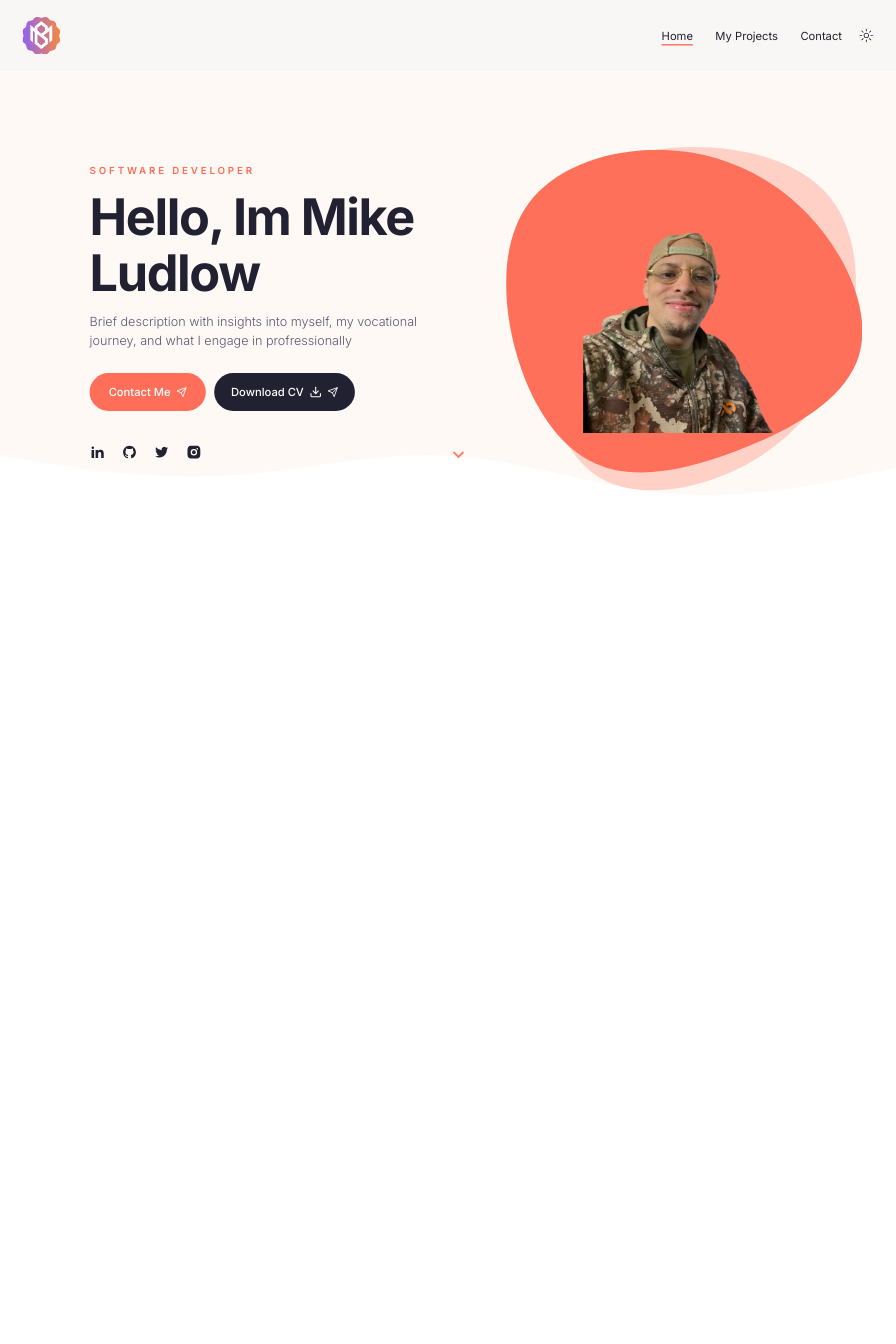
Repository: MikeeBuilds/mike-port
Page: /
An editor plug-in stored every save of this project. The page is shown before and after the next save, followed by the edit.
The browser window is 1280 px wide. The pictures show the part of the page from y = 0 to 1920 px (the page is 4731 px tall), at 70% of full size.
The project was rebuilt for these pictures with package versions that can differ from the ones it lists, and the page was loaded fresh each time. The framework's server and built-in components were replaced by stand-ins that run in the browser. Also part of the build but not shown: next.config.js, components/Badge.jsx.

Above is the page before, as saved 2023-11-30 11:23:07.

### app/layout.jsx
import { Inter } from 'next/font/google'
import './globals.css'
import Header from '@/components/Header'
import Footer from '@/components/Footer'
import { ThemeProvider } from '@/components/ThemeProvider'

const inter = Inter({ subsets: ['latin'] })

export const metadata = {
  title: 'Mike Ludlow | Dev',
  description: 'Generated by create next app',
}

export default function RootLayout({ children }) {
  return (
    <html lang="en" suppressHydrationWarning>
      <body className={inter.className}
      >
        <ThemeProvider attribute="class" defaultTheme="light">
          <Header />
            {children}
          <Footer />
        </ThemeProvider>
      </body>
    </html>
  )
}

### app/template.js
"use client";

import { motion } from "framer-motion";
// hooks
import useScrollProgress from "@/hooks/useScrollProgress";

//variants
const variants = {
  hidden: { opacity: 0 },
  enter: { opacity: 1 },
};

const Template = ({ children }) => {
  const completion = useScrollProgress();
  return (
    <>
      <motion.main
        variants={variants}
        initial="hidden"
        animate="enter"
        transition={{ type: "linear", delay: 0.2, duration: 0.4 }}
      >
        {children}
      </motion.main>
      {/* completion bar */}
      <span
        style={{ transform: `translateY(${completion - 100}%)` }}
        className="fixed z-50 bg-primary w-1 top-0 right-0
      bottom-0 transition-all duration-700"
      ></span>
      <div className="h-[4000px]"></div>
    </>
  );
};

export default Template;

### app/page.jsx
import Hero from '@/components/Hero'
import { main } from 'json'
import Image from 'next/image'

export default function Home() {
  return (
    <main>
      <Hero/>
    </main>
  )
}

### app/globals.css
@tailwind base;
@tailwind components;
@tailwind utilities;

@layer base {
  @layer base {
    :root {
      --background: 0 0% 100%;
      --foreground: 240 19% 16%;
      --card: 0 0% 100%;
      --card-foreground: 240 19% 16%;
      --popover: 0 0% 100%;
      --popover-foreground: 20 14.3% 4.1%;
      --primary: 8 99% 67%;
      --primary-foreground: 300 0% 100%;
      --secondary: 240 19% 16%;
      --secondary-foreground: 300 0% 100%;
      --tertiary: 27 82% 98%;
      --muted: 60 4.8% 95.9%;
      --muted-foreground: 237 13% 40%;
      --accent: 237 9% 96%;
      --accent-foreground: 24 9.8% 10%;
      --destructive: 0 84.2% 60.2%;
      --destructive-foreground: 60 9.1% 97.8%;
      --border: 8 82% 92%;
      --input: 8 82% 92%;
      --ring: 9 99% 67%;
      --radius: 1rem;
    }

    .dark {
      --background: 237 22% 20%;
      --foreground: 60 9.1% 97.8%;
      --card: 240 19% 16%;
      --card-foreground: 300 0% 100%;
      --popover: 20 14.3% 4.1%;
      --popover-foreground: 60 9.1% 97.8%;
      --primary: 8 99% 67%;
      --primary-foreground: 300 0% 100%;
      --secondary: 240 19% 16%;
      --secondary-foreground:300 0% 100%;
      --tertiary: 237 22% 20%;
      --muted: 12 6.5% 15.1%;
      --muted-foreground: 237 13% 63%;
      --accent: 240 19% 16%;
      --accent-foreground: 300 0% 100%;
      --destructive: 0 72.2% 50.6%;
      --destructive-foreground: 60 9.1% 97.8%;
      --border: 237 22% 23%;
      --input: 237 22% 23%;
      --ring: 8 99% 67%;
    }
  }
}

@layer base {
  * {
    @apply border-border;
  }
  body {
    @apply bg-background text-foreground;
  }
}

.h1 {
  @apply text-6xl xl:text-[72px] xl:leading-[80px] tracking-[-2px] font-bold;
}

.subtitle {
  @apply text-muted-foreground text-lg mb-8 font-light;
}

### components/Header.jsx
"use client";
import React, { useState, useEffect } from "react";

// components
import Logo from "./Logo";
import ThemeToggler from "./ThemeToggler";
import Nav from "./Nav";
import MobileNav from "./MobileNav";
import { usePathname } from "next/navigation";

const Header = () => {
  const [header, setHeader] = useState(false);
  const pathname = usePathname();

  useEffect(() => {
    const scrollYpos = window.addEventListener("scroll", () => {
      window.scrollY > 50 ? setHeader(true) : setHeader(false);
    });

    // remove event
    return () => window.removeEventListener("scroll", scrollYpos);
  });

  return (
    <header
      className={`${
        header
          ? "py-4 bg-white shadow-lg dark:bg-accent"
          : "py-6 dark:bg-transparent"
      } sticky top-0 z-30 transition-all ${pathname === '/' && 'bg-[#f9f7f5]'}`}
    >
      <div className="container mx-auto">
        <div className="flex justify-between items-center">
          <Logo />
          <div className="flex items-center gap-x-6">
            {/* nav */}
            <Nav
              containerStyles="hidden xl:flex gap-x-8 items-center"
              linkStyles="relative hover:text-primary transition-all"
              underlineStyles="absolute left-0 top-full h-[2px] bg-primary w-full"
            />
            <ThemeToggler />
            {/* mobile nav */}
            <div className="lg:hidden">
              <MobileNav />
            </div>
          </div>
        </div>
      </div>
    </header>
  );
};

export default Header;

### components/Footer.jsx

const Footer = () => {
  return (
    <footer>Footer</footer>
  )
}

export default Footer

### components/ThemeProvider.jsx
"use client"


import {
    ThemeProvider as NextThemesProvider
} from "next-themes";



export function ThemeProvider({ children, ...props}) {
    return <NextThemesProvider {...props}>{children}</NextThemesProvider>
}

### hooks/useScrollProgress.js
import React, { useState, useEffect} from 'react'

const useScrollProgress = () => {
    const [completion, setCompletion] = useState(0);

    useEffect(() => {
        const updateScrollCompletion = () => {
            const currentProgress = window.scrollY;
            const scrollHeight = document.body.scrollHeight - window.innerHeight;

            if (scrollHeight) {
                setCompletion(Number(currentProgress / scrollHeight).toFixed(2) * 100);
            }
        };
            // event
        window.addEventListener('scroll', updateScrollCompletion);
            //clear event
            return () => window.removeEventListener('scroll', updateScrollCompletion);
    }, []);


    return completion;
};

export default useScrollProgress

### components/Hero.jsx
import Link from "next/link";
import { Download, Send } from "lucide-react";
import { Button } from "./ui/button";

import {
  RiBriefcase4Fill,
  RiTeamFill,
  RiTodoFill,
  RiArrowDownSLine,
} from "react-icons/ri";

//components
import DevImg from "./DevImg";
import Badge from "./Badge";
import Socials from "./Socials";

const Hero = () => {
  return (
    <section className="py-12 xl:py-24 h-[84vh] xl:pt-28 bg-hero bg-no-repeat bg-bottom bg-cover dark:bg-none">
      <div className="flex justify-between gap-x-8">
        {/* text */}
        <div className="flex max-w-[600px] flex-col justify-center mx-auto xl:mx-32 text-center xl:text-left">
          <div className="text-sm uppercase font-semibold mb-4 text-primary tracking-[4px]">
            Software Developer
          </div>
          <h1 className="h1 mb-4">Hello, Im Mike Ludlow</h1>
          <p className="subtitle max-w-[490px] mx-auto xl:mx-0">
            Brief description with insights into myself, my vocational journey,
            and what I engage in profressionally
          </p>
          {/* buttons */}
          <div
            className="flex flex-col gap-y-3 md:flex-row gap-x-3 mx-auto
          xl:mx-0 mb-12"
          >
            <Link href="/contact">
              <Button className="gap-x-2">
                Contact Me <Send size={15} />
              </Button>
            </Link>
            <Button variant="secondary" className="gap-x-2">
              Download CV <Download size={18} /> <Send size={15} />
            </Button>
          </div>
          {/* socials */}
          <Socials
            containerStyles="flex gap-x-6 mx-auto xl:mx-0"
            iconStyles="text-foreground text-[22px] hover:text-primary transition-all"
          />
        </div>
        {/* image */}
        <div className="hidden xl:flex relative right-12">
          <div className="bg-hero_shape2_light dark:bg-hero_shape2_dark w-[500px] h-[500px] bg-no-repeat absolute -top-1 -right-8"></div>
          <DevImg containerStyles="bg-hero_shape w-[510px] h-[462px] bg-no-repeat relative bg-bottom" imgSrc='/hero/developer.png'/>
        </div>
        {/* icon */}
        <div className="hidden md:flex absolute left-2/4 bottom-44 xl:bottom-12 animate-bounce">
          <RiArrowDownSLine className="text-3xl text-primary" />
        </div>
      </div>
    </section>
  );
};

export default Hero;

### components/Logo.jsx
import Link from "next/link";
import Image from "next/image";


const Logo = () => {
  return (
    <Link href="/">
        <Image src='/logo.svg' width={54} height={54} priority alt="logo"/>
    </Link>
  )
}

export default Logo

### components/ThemeToggler.jsx
"use client";

import { Button } from "./ui/button";
import { MoonIcon, SunIcon } from "@radix-ui/react-icons";
import { useTheme } from "next-themes";

const ThemeToggler = () => {
  const { theme, setTheme } = useTheme();
  return (
    <Button variant='outline' size="outline" onClick={() => setTheme(theme === 'dark' ? 'light' : 'dark')}>
      <SunIcon
        className="h-[1.2rem] w-[1.2rem] rotate-0 scale-100 transition-all
      dark:rotate-90 dark:scale-0"
      />
      <MoonIcon
        className="absolute h-[1.2rem] w-[1.2rem] rotate-90 scale-0 transition-all
       dark:rotate-0 dark:scale-100"
      />
    </Button>
  );
};

export default ThemeToggler;

### components/Nav.jsx
import Link from "next/link";

//next hooks
import { usePathname } from "next/navigation";

//framer motion
import { motion } from "framer-motion";

const links = [
  { path: "/", name: "home" },
  { path: "/projects", name: "my projects" },
  { path: "/contact", name: "contact" },
];

const Nav = ({ containerStyles, linkStyles, underlineStyles }) => {
  const path = usePathname();
  return (
    <nav className={`${containerStyles}`}>
      {links.map((link, index) => {
        return (
          <Link
            href={link.path}
            key={index}
            className={`capitalize ${linkStyles}`}
          >
            {link.path === path && (
              <motion.span
                initial={{ y: "-100%" }}
                animate={{ y: 0 }}
                transition={{ type: "tween" }}
                layoutId="underline"
                className={`${underlineStyles}`}
              />
            )}
            {link.name}
          </Link>
        );
      })}
    </nav>
  );
};

export default Nav;

### components/MobileNav.jsx

const MobileNav = () => {
  return (
    <div>MobileNav</div>
  )
}

export default MobileNav

### components/ui/button.jsx
import * as React from "react"
import { Slot } from "@radix-ui/react-slot"
import { cva } from "class-variance-authority";

import { cn } from "@/lib/utils"

const buttonVariants = cva(
  "inline-flex items-center justify-center whitespace-nowrap rounded-full text-base font-medium ring-offset-background transition-colors focus-visible:outline-none focus-visible:ring-2 focus-visible:ring-ring focus-visible:ring-offset-2 disabled:pointer-events-none disabled:opacity-50",
  {
    variants: {
      variant: {
        default: "bg-primary text-primary-foreground hover:bg-primary/90",
        destructive:
          "bg-destructive text-destructive-foreground hover:bg-destructive/90",
        outline:
          "border border-input bg-background hover:bg-accent hover:text-accent-foreground",
        secondary:
          "bg-secondary text-secondary-foreground hover:bg-secondary/80",
        ghost: "hover:bg-accent hover:text-accent-foreground",
        link: "text-primary underline-offset-4 hover:underline",
      },
      size: {
        default: "h-[54px] px-6 py-2 min-w-[166px]",
        sm: "h-9 rounded-md px-3",
        lg: "h-11 rounded-md px-8",
        icon: "h-10 w-10",
      },
    },
    defaultVariants: {
      variant: "default",
      size: "default",
    },
  }
)

const Button = React.forwardRef(({ className, variant, size, asChild = false, ...props }, ref) => {
  const Comp = asChild ? Slot : "button"
  return (
    (<Comp
      className={cn(buttonVariants({ variant, size, className }))}
      ref={ref}
      {...props} />)
  );
})
Button.displayName = "Button"

export { Button, buttonVariants }

### components/DevImg.jsx
import Image from "next/image";

const DevImg = ({ containerStyles, imgSrc }) => {
  return <div className={`${containerStyles}`}>
    <Image src={imgSrc} fill priority alt="" />
  </div>;
};

export default DevImg;

### components/Socials.jsx
'use client'

import {
  RiLinkedinFill,
  RiGithubFill,
  RiTwitterFill,
  RiInstagramFill
} from 'react-icons/ri';

import Link from 'next/link';

const icons = [
  {
    path: '/',
    name: <RiLinkedinFill />,
  },
  {
    path: '/',
    name: <RiGithubFill />,
  },{
    path: '/',
    name: <RiTwitterFill />,
  },{
    path: '/',
    name: <RiInstagramFill />,
  },
]


import React from "react";

const Socials = ({ containerStyles, iconStyles}) => {
  return <div className={`${containerStyles}`}>
    {icons.map((icon, index) => {
      return <Link href={icon.path} key={index}>
        <div className={`${iconStyles}`}>
          {icon.name}
        </div>
      </Link>
    })}
  </div>;
};

export default Socials;

### tailwind.config.js
/** @type {import('tailwindcss').Config} */
module.exports = {
  darkMode: ["class"],
  content: [
    './pages/**/*.{js,jsx}',
    './components/**/*.{js,jsx}',
    './app/**/*.{js,jsx}',
    './src/**/*.{js,jsx}',
	],
  theme: {
    container: {
      center: true,
      padding: "2rem",
      screens: {
        "2xl": "1400px",
      },
    },
    extend: {
      colors: {
        border: "hsl(var(--border))",
        input: "hsl(var(--input))",
        ring: "hsl(var(--ring))",
        background: "hsl(var(--background))",
        foreground: "hsl(var(--foreground))",
        primary: {
          DEFAULT: "hsl(var(--primary))",
          foreground: "hsl(var(--primary-foreground))",
        },
        secondary: {
          DEFAULT: "hsl(var(--secondary))",
          foreground: "hsl(var(--secondary-foreground))",
        },
        tertiary: {
          DEFAULT: "hsl(var(--tertiary))",
        },
        destructive: {
          DEFAULT: "hsl(var(--destructive))",
          foreground: "hsl(var(--destructive-foreground))",
        },
        muted: {
          DEFAULT: "hsl(var(--muted))",
          foreground: "hsl(var(--muted-foreground))",
        },
        accent: {
          DEFAULT: "hsl(var(--accent))",
          foreground: "hsl(var(--accent-foreground))",
        },
        popover: {
          DEFAULT: "hsl(var(--popover))",
          foreground: "hsl(var(--popover-foreground))",
        },
        card: {
          DEFAULT: "hsl(var(--card))",
          foreground: "hsl(var(--card-foreground))",
        },
      },
      borderRadius: {
        lg: "var(--radius)",
        md: "calc(var(--radius) - 2px)",
        sm: "calc(var(--radius) - 4px)",
      },
      keyframes: {
        "accordion-down": {
          from: { height: 0 },
          to: { height: "var(--radix-accordion-content-height)" },
        },
        "accordion-up": {
          from: { height: "var(--radix-accordion-content-height)" },
          to: { height: 0 },
        },
      },
      animation: {
        "accordion-down": "accordion-down 0.2s ease-out",
        "accordion-up": "accordion-up 0.2s ease-out",
      },
      backgroundImage: {
        hero: 'url(/hero-bg.png)',
        hero_shape: 'url(/hero/shape-1.svg)',
        hero_shape2_light: 'url(/hero/shape-2-light.svg)',
        hero_shape2_dark: 'url(/hero/shape-2-dark.svg)',

      }
    },
  },
  plugins: [require("tailwindcss-animate")],
}

Loaded but not shown: lib/utils.js (common file)

After the next save:
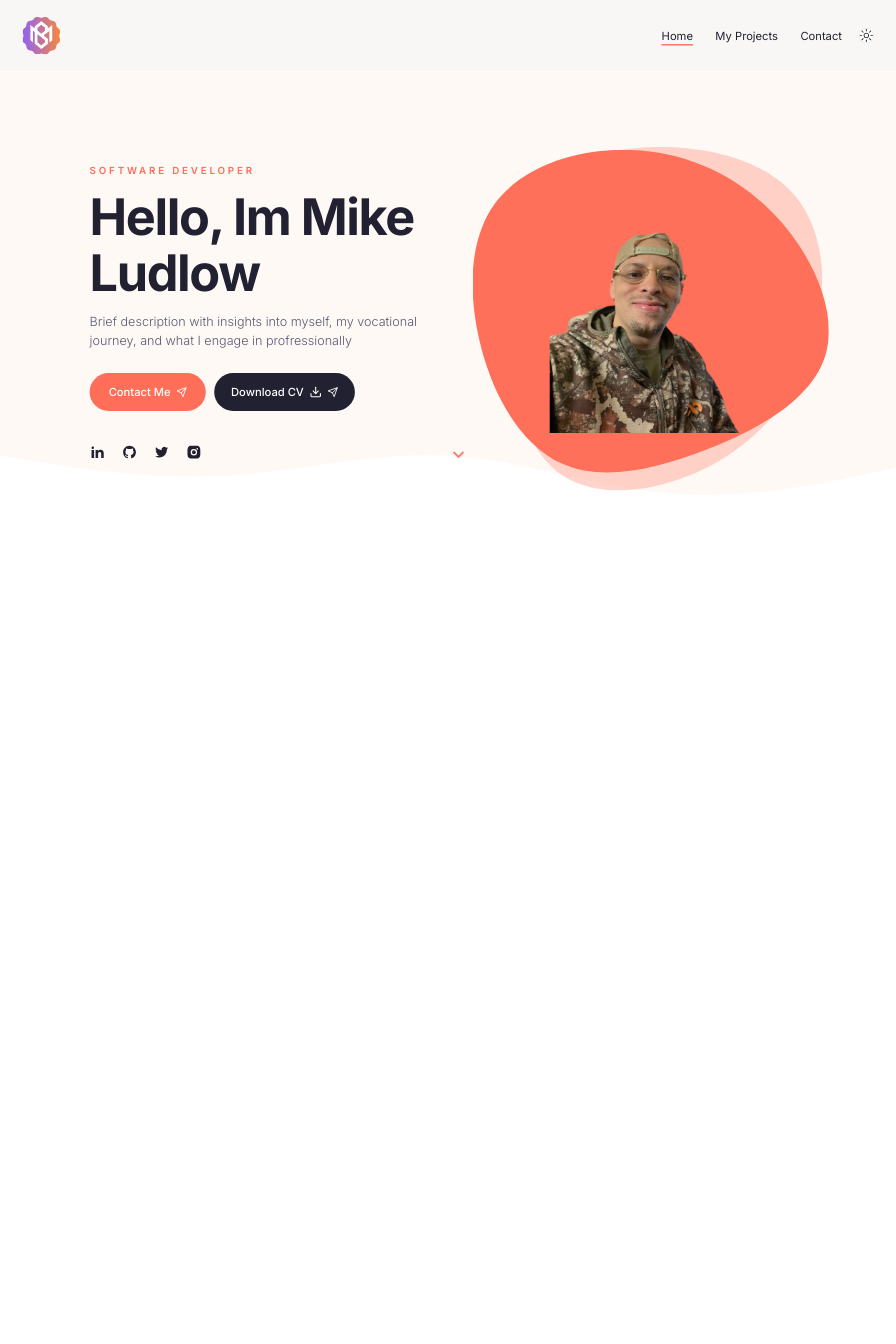
Saved 8 s later.
--- a/components/Hero.jsx
+++ b/components/Hero.jsx
@@ -49,7 +49,7 @@ const Hero = () => {
           />
         </div>
         {/* image */}
-        <div className="hidden xl:flex relative right-12">
+        <div className="hidden xl:flex relative right-24">
           <div className="bg-hero_shape2_light dark:bg-hero_shape2_dark w-[500px] h-[500px] bg-no-repeat absolute -top-1 -right-8"></div>
           <DevImg containerStyles="bg-hero_shape w-[510px] h-[462px] bg-no-repeat relative bg-bottom" imgSrc='/hero/developer.png'/>
         </div>
